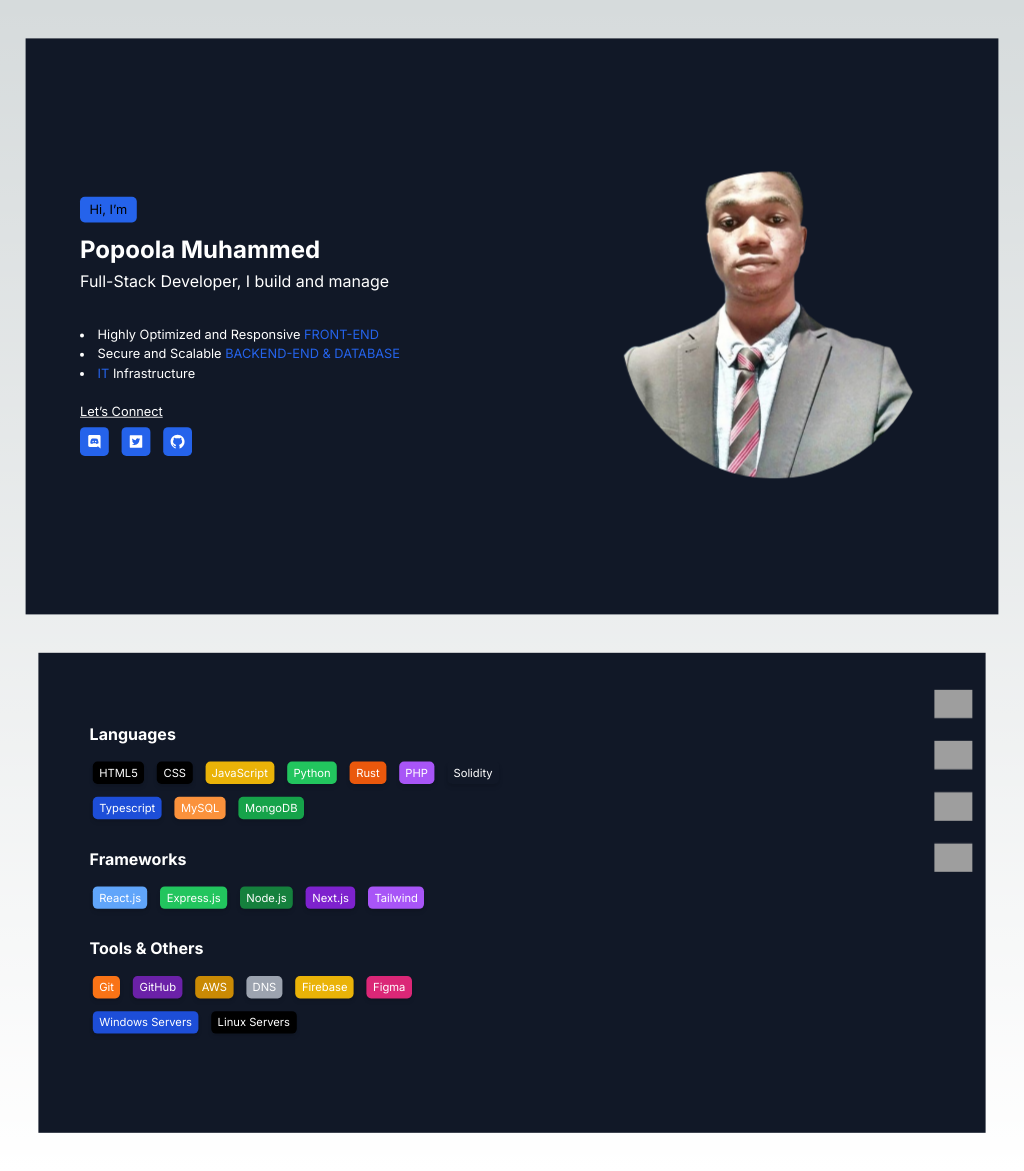
Repository: muhammedctgr/hammedctgr
Page: /
The author's editor kept a copy of each file at every save. The page is drawn from the files as they stood at one save, then again after the next save.
The browser window is 1280 px wide. The pictures show the whole page, at 80% of full size.
Pictures or frames that could not be fetched are drawn as grey boxes. The project was rebuilt for these pictures with package versions that can differ from the ones it lists, and the page was loaded fresh each time. The framework's server and built-in components were replaced by stand-ins that run in the browser. Also part of the build but not shown: next.config.mjs.

Above is the page before, as saved 2024-08-01 14:10:43.

### app/layout.tsx
import type { Metadata } from "next";
import { Inter } from "next/font/google";
import "./globals.css";

const inter = Inter({ subsets: ["latin"] });

export const metadata: Metadata = {
  title: "Popoola Muhammed",
  description: "Generated by create next app",
};

export default function RootLayout({
  children,
}: Readonly<{
  children: React.ReactNode;
}>) {
  return (
    <html lang="en">
      <body className={inter.className}>{children}</body>
    </html>
  );
}

### app/page.tsx
import Head from 'next/head';
import Hero from '../components/Hero';
import SkillsSection from '@/components/SkillsSection';


const Home = () => (
  <div>
    <Head>
      <title>Popoola Muhammed</title>
      <meta name="description" content="Welcome to my developer portfolio" />
    </Head>

    <Hero />
    <SkillsSection />
  </div>
);

export default Home;

### app/globals.css
@tailwind base;
@tailwind components;
@tailwind utilities;

:root {
  --foreground-rgb: 0, 0, 0;
  --background-start-rgb: 214, 219, 220;
  --background-end-rgb: 255, 255, 255;
}

@media (prefers-color-scheme: dark) {
  :root {
    --foreground-rgb: 255, 255, 255;
    --background-start-rgb: 0, 0, 0;
    --background-end-rgb: 0, 0, 0;
  }
}

body {
  color: rgb(var(--foreground-rgb));
  background: linear-gradient(
      to bottom,
      transparent,
      rgb(var(--background-end-rgb))
    )
    rgb(var(--background-start-rgb));
}

@layer utilities {
  .text-balance {
    text-wrap: balance;
  }
}


@keyframes upDown {
  0%, 100% {
    transform: translateY(0);
  }
  50% {
    transform: translateY(-10px); /* Adjust the value as needed */
  }
}

.animate-upDown {
  animation: upDown 2s infinite ease-in-out; /* Adjust duration as needed */
}

### components/Hero.tsx
import Image from 'next/image';
import profilePic from '../public/profile.png';
import { AiFillDiscord, AiFillGithub, AiFillTwitterSquare, AiFillX } from 'react-icons/ai';

const Hero = () => {
  return (
    <section className="bg-gray-900 m-12 mx-8  text-white min-h-screen flex items-center">
      <div className="container mx-auto flex flex-col md:flex-row items-center">
        <div className="flex-1 text-left md:text-left p-5 m-12 mt-12">
          <div className="inline-block bg-blue-600 text-black py-1 px-3 mb-4 rounded-md">
            Hi, I’m
          </div>
          <div className="mb-10">
          <h1 className="text-2xl md:text-3xl font-bold">Popoola Muhammed</h1>
          <p className="mt-2  md:text-xl">Full-Stack Developer, I build and manage</p>
          </div>
          <ul className="mt-4 list-disc list-inside whitespace-nowrap">
            <li>Highly Optimized and Responsive <span className="text-blue-600">FRONT-END</span></li>
            <li>Secure and Scalable <span className="text-blue-600">BACKEND-END & DATABASE</span></li>
            <li><span className="text-blue-600">IT</span> Infrastructure</li>
          </ul>
          <div className="mt-6">
            <a href="#contact" className=" underline">Let’s Connect</a>
            <div className="mt-2 flex md:justify-start space-x-4">
              <a href="#" className="bg-blue-600 p-2 rounded-md">
                <AiFillDiscord size={20} />
              </a>
              <a href="#" className="bg-blue-600 p-2 rounded-md">
                <AiFillTwitterSquare size={20} />
              </a>
              <a href="#" className="bg-blue-600 p-2 rounded-md">
                <AiFillGithub size={20} />
              </a>
            </div>
          </div>
        </div>
        <div className="flex-1 p-5">
          <div className="relative w-48 h-48 mx-auto md:w-72 md:h-72 lg:w-96 lg:h-96">
            <Image src={profilePic} alt="Popoola Muhammed" layout="fill" className="rounded-full object-cover animate-upDown" />
          </div>
        </div>
      </div>
    </section>
  );
};

export default Hero;

### components/SkillsSection.tsx
import Image from 'next/image';
import { FC } from 'react';

interface SkillCategory {
  title: string;
  skills: { name: string; color: string; }[];
}

const skills: SkillCategory[] = [
  {
    title: "Languages",
    skills: [
      { name: "HTML5", color: "bg-black" },
      { name: "CSS", color: "bg-black"},
      { name: "JavaScript", color: "bg-yellow-500" },
      { name: "Python", color: "bg-green-500" },
      { name: "Rust", color: "bg-orange-600" },
      { name: "PHP", color: "bg-purple-500" },
      { name: "Solidity", color: "bg-black-500" },
      { name: "Typescript", color: "bg-blue-700" },
      { name: "MySQL", color: "bg-orange-400" },
      { name: "MongoDB", color: "bg-green-600" },
    ],
  },
  {
    title: "Frameworks",
    skills: [
      { name: "React.js", color: "bg-blue-400" },
      { name: "Express.js", color: "bg-green-500" },
      { name: "Node.js", color: "bg-green-700" },
      { name: "Next.js", color: "bg-purple-700" },
      { name: "Tailwind", color: "bg-purple-500" },
    ],
  },
  {
    title: "Tools & Others",
    skills: [
      { name: "Git", color: "bg-orange-500" },
      { name: "GitHub", color: "bg-purple-800" },
      { name: "AWS", color: "bg-yellow-600" },
      { name: "DNS", color: "bg-gray-400" },
      { name: "Firebase", color: "bg-yellow-500" },
      { name: "Figma", color: "bg-pink-600" },
      { name: "Windows Servers", color: "bg-blue-700" },
      { name: "Linux Servers", color: "bg-black" },
    ],
  },
];

const icons = [
  "/icons/html5.svg", // Replace with your icon paths
  "/icons/css3.svg",
  "/icons/javascript.svg",
  "/icons/python.svg",
  // Add the rest of the icons as needed
];

const SkillsSection: FC = () => {
  return (
    <section className="py-10 m-12 bg-gray-900 text-white">
      <div className="container mx-auto px-4 flex flex-col md:flex-row">
        <div className="flex-1 m-12">
          {skills.map((category) => (
            <div key={category.title} className="mb-8">
              <h2 className="text-xl font-bold mb-4">{category.title}</h2>
              <div className="flex flex-wrap gap-2">
                {category.skills.map((skill) => (
                  <span
                    key={skill.name}
                    className={`px-2 py-1 m-1 rounded-md text-sm ${skill.color} shadow-md`}
                  >
                    {skill.name}
                  </span>
                ))}
              </div>
            </div>
          ))}
        </div>
        <div className="flex-1 flex flex-col items-center md:items-end">
          <div className="grid grid-cols-3 md:grid-cols-1 gap-4">
            {icons.map((src, index) => (
              <div key={index} className="w-12 h-12 relative">
                <Image src={src} alt={`icon-${index}`} layout="fill" objectFit="contain" />
              </div>
            ))}
          </div>
        </div>
      </div>
    </section>
  );
};

export default SkillsSection;

Loaded but not shown: tailwind.config.ts (common file)

After the next save:
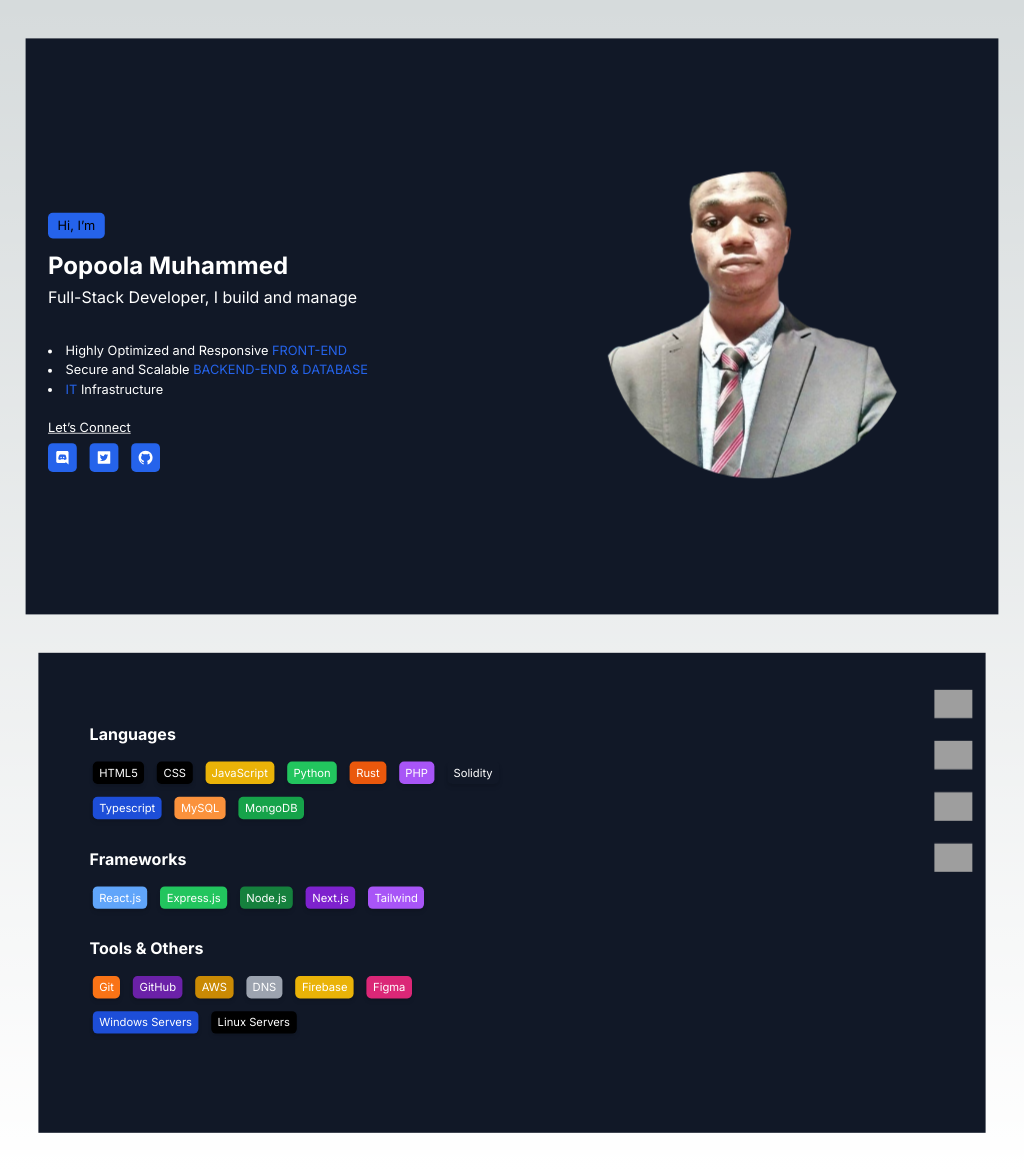
Saved 3 min 44 s later.
--- a/components/Hero.tsx
+++ b/components/Hero.tsx
@@ -6,7 +6,7 @@
   return (
     <section className="bg-gray-900 m-12 mx-8  text-white min-h-screen flex items-center">
       <div className="container mx-auto flex flex-col md:flex-row items-center">
-        <div className="flex-1 text-left md:text-left p-5 m-12 mt-12">
+        <div className="flex-1 text-left md:text-left p-5 m-2 mt-12">
           <div className="inline-block bg-blue-600 text-black py-1 px-3 mb-4 rounded-md">
             Hi, I’m
           </div>

After the save that followed:
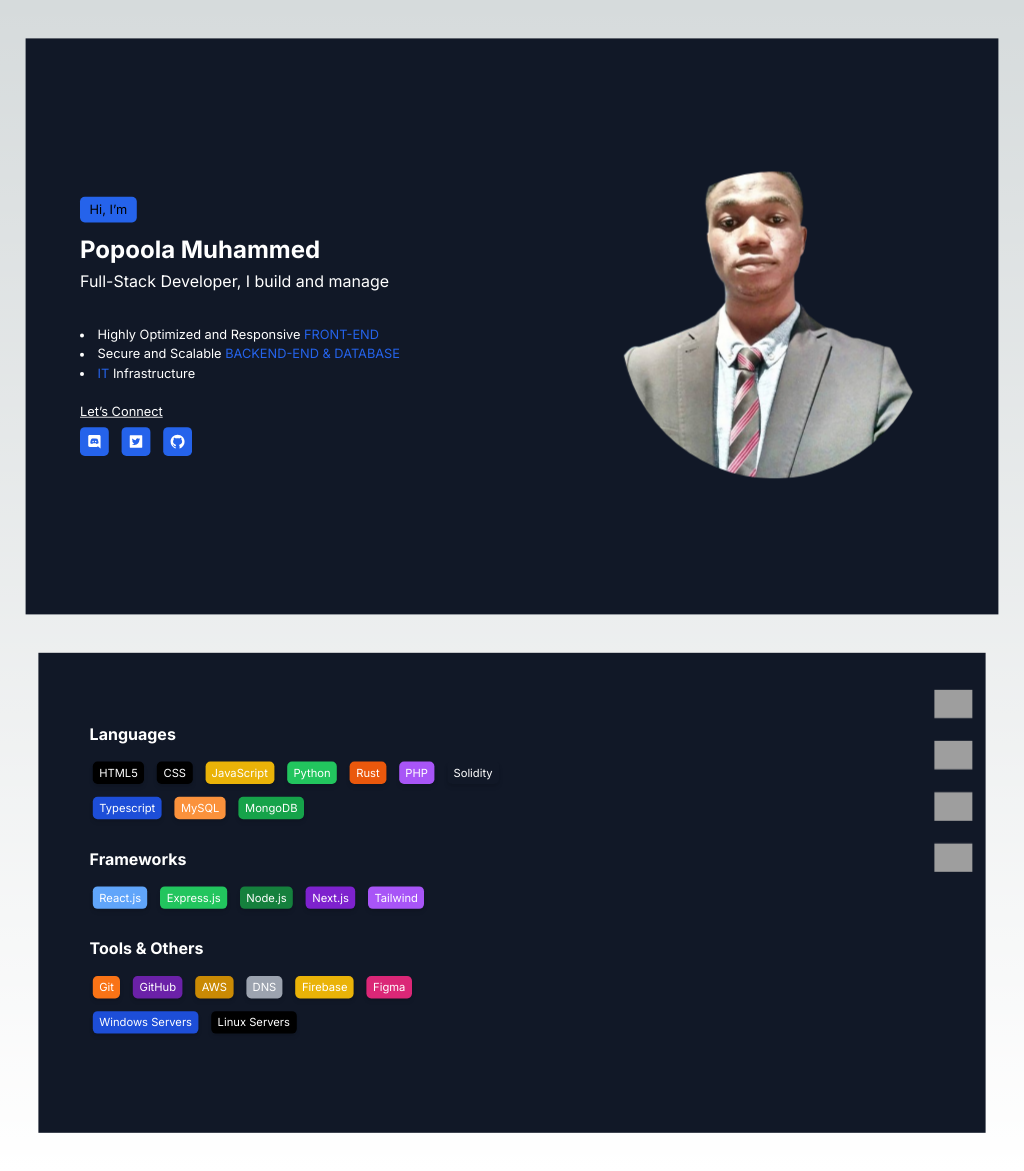
Saved 10 s later.
--- a/components/Hero.tsx
+++ b/components/Hero.tsx
@@ -6,7 +6,7 @@
   return (
     <section className="bg-gray-900 m-12 mx-8  text-white min-h-screen flex items-center">
       <div className="container mx-auto flex flex-col md:flex-row items-center">
-        <div className="flex-1 text-left md:text-left p-5 m-2 mt-12">
+        <div className="flex-1 text-left md:text-left p-5 m-12 mt-12">
           <div className="inline-block bg-blue-600 text-black py-1 px-3 mb-4 rounded-md">
             Hi, I’m
           </div>
